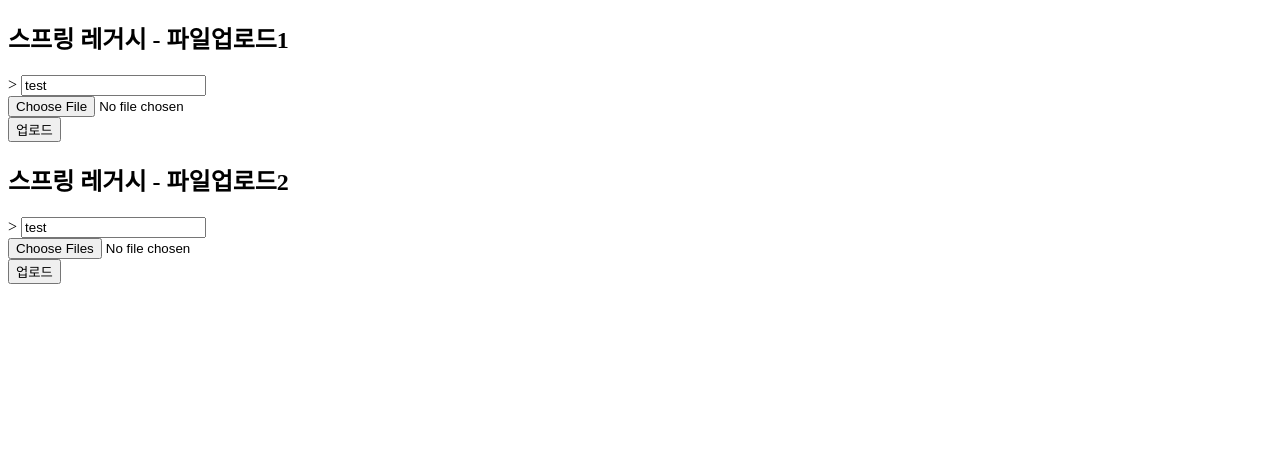
Repository: midrash/fileUpload-Test
Page: http://localhost/fileupload03-legacy/
An editor plug-in stored every save of this project. The page is shown before and after the next save, followed by the edit.
The browser window is 1280 px wide. The pictures show the whole page.
The page is served by Tomcat 9.

Above is the page before, as saved 2020-11-04 07:04:44.

After the next save:
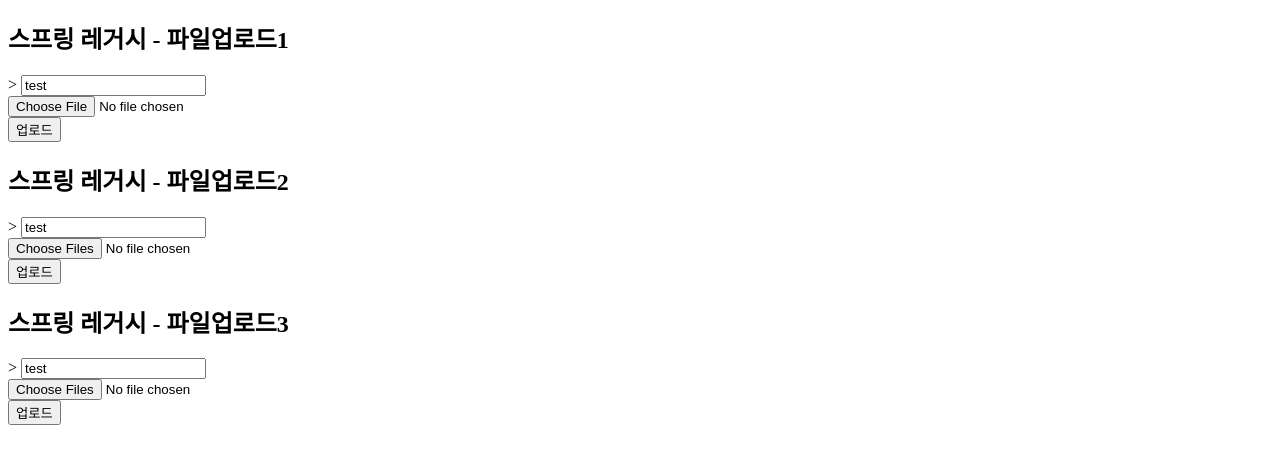
Saved 53 s later.
--- a/fileupload03-legacy/src/main/webapp/WEB-INF/views/index.jsp
+++ b/fileupload03-legacy/src/main/webapp/WEB-INF/views/index.jsp
@@ -12,6 +12,7 @@
 	<input type="text" name="msg" value="test"><br>
 	<input type="file" name="attach"><br>
 	<button>업로드</button>
+
 	</form>
 	<h2>스프링 레거시 - 파일업로드2</h2>
 	<form method="post" enctype="multipart/form-data" action="${pageContext.request.contextPath}/file/upload2.do"> <!-- dy일땐 직접 서블릿을 불러서 했었는데 스프링은 이렇게 하면 컨테이너가 관리하지 않아서 빈을 사용하지 못햄 그래서 이렇게 해서 켄테이너를 이용해야함 -->>
@@ -19,5 +20,12 @@
 	<input type="file" name="attach" multiple="multiple"><br>
 	<button>업로드</button>
 	</form>
+
+	<h2>스프링 레거시 - 파일업로드3</h2>
+	<form method="post" enctype="multipart/form-data" action="${pageContext.request.contextPath}/file/upload3.do"> <!-- dy일땐 직접 서블릿을 불러서 했었는데 스프링은 이렇게 하면 컨테이너가 관리하지 않아서 빈을 사용하지 못햄 그래서 이렇게 해서 켄테이너를 이용해야함 -->>
+	<input type="text" name="msg" value="test"><br>
+	<input type="file" name="attach" multiple="multiple"><br>
+	<button>업로드</button>
+	</form>
 </body>
 </html>
